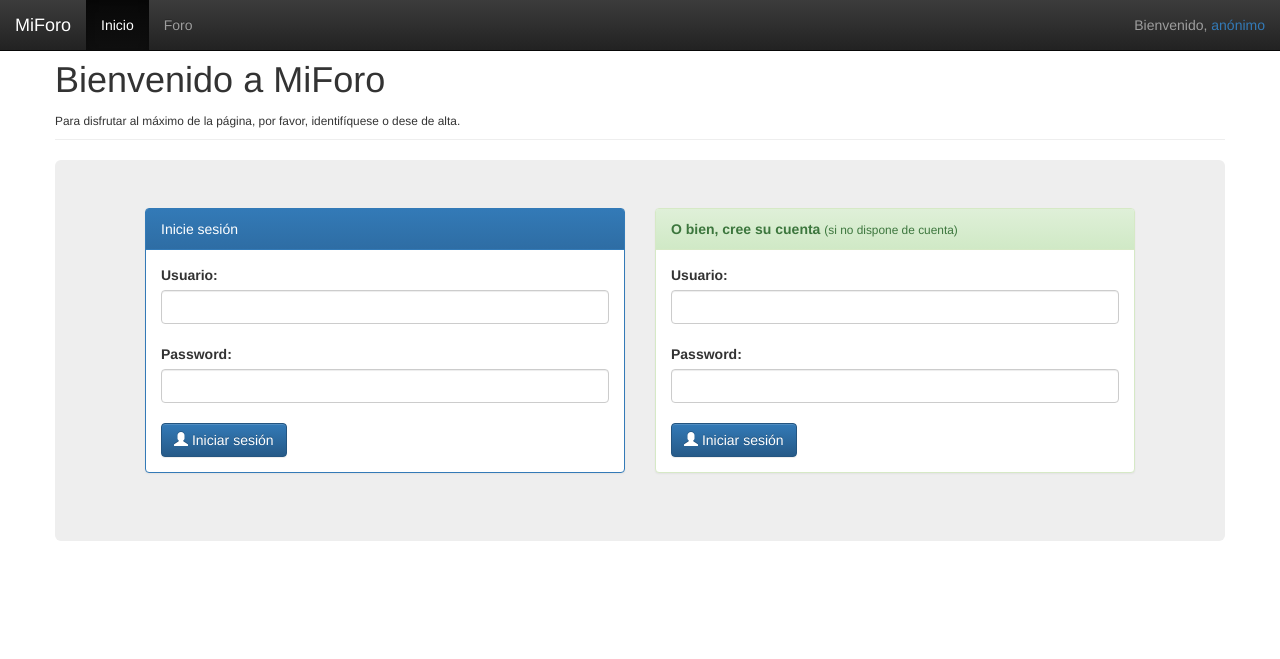
Repository: Myugen/EjercicioPHP
Page: http://localhost/
An editor plug-in stored every save of this project. The page is shown before and after the next save, followed by the edit.
The browser window is 1280 px wide. The pictures show the whole page.
Some web libraries are served in a nearby version. The page is run by PHP 8.4 with error messages shown; the project is at /var/www/html/.

Above is the page before, as saved 2015-11-27 19:56:59.
Not found: ProyectoFinalForo/jsfile

### ProyectoFinalForo/index.php
<?php
session_start();
?>
<!DOCTYPE html>
<html lang="es-ES">
<head>
    <meta charset="UTF-8">
    <!-- JQuery -->
    <script src="https://ajax.googleapis.com/ajax/libs/jquery/1.11.3/jquery.min.js"></script>

    <!-- Latest compiled and minified CSS -->
    <link rel="stylesheet" href="https://maxcdn.bootstrapcdn.com/bootstrap/3.3.6/css/bootstrap.min.css">

    <!-- Optional theme -->
    <link rel="stylesheet" href="https://maxcdn.bootstrapcdn.com/bootstrap/3.3.6/css/bootstrap-theme.min.css">

    <!-- Latest compiled and minified JavaScript -->
    <script src="https://maxcdn.bootstrapcdn.com/bootstrap/3.3.6/js/bootstrap.min.js"></script>
    <script type="text/javascript" src="jsfile"></script>
    <title>Inicio</title>
</head>
<body>
    <div class="container">
    	<div class="row">
    	<nav class="navbar navbar-fixed-top navbar-inverse">
    		<a class="navbar-brand" href="#">MiForo</a>
  			<ul class="nav navbar-nav navbar-left">
	    		<li class="nav-item active">
	      			<a class="nav-link" href="#">Inicio<span class="sr-only">(current)</span></a>
	    		</li>
	    		<li class="nav-item">
	      			<a class="nav-link" href="#">Foro</a>
	    		</li>
    		</ul>
    		<ul class="nav navbar-nav navbar-right">
    			<li class="nav-item" style="padding-right: 15px">
    				<p class="navbar-text">Bienvenido, <a class="nav-link">anónimo</a></p>
    			</li>
    		</ul>
    	</nav>
    	</div>
    	<div class="row" style="padding-top: 20px">
    		<div class="page-header">
    			<h1>Bienvenido a MiForo</h1>
    			<small>Para disfrutar al máximo de la página, por favor, identifíquese o dese de alta.</small>
    		</div>
    	</div>
    	<div class="row">
	    	<div class="jumbotron">
	    	<div class="container">
	    	<div class="col-md-6">
	    		<div class="panel panel-primary">
  					<div class="panel-heading">Inicie sesión</div>
  					<div class="panel-body">
    					<form action="resultado_autenticacion.php" method="post" role="form">
							<label for="textBoxUsuario">Usuario:</label>
							<input type="text" name="userIn" id="textBoxUsuario" class="form-control"/><br>
							<label for="textBoxPassword">Password:</label>
							<input type="password" name="passwordIn" id="textBoxPassword" class="form-control"/><br>
							<button type="submit" class="btn btn-primary">
								<span class="glyphicon glyphicon-user" aria-hidden="true"></span>
								Iniciar sesión
							</button>
						</form>
  					</div>
				</div>
	    	</div>
	    	<div class="col-md-6">
		    	<div class="panel panel-success">
	  				<div class="panel-heading"><b>O bien, cree su cuenta</b> <small>(si no dispone de cuenta)</small></div>
	  				<div class="panel-body">
	    				<form action="resultado_crearCuenta.php" method="post" role="form">
							<label for="textBoxUsuario">Usuario:</label>
							<input type="text" name="userIn" id="textBoxUsuario" class="form-control"/><br>
							<label for="textBoxPassword">Password:</label>
							<input type="password" name="passwordIn" id="textBoxPassword" class="form-control"/><br>
							<button type="submit" class="btn btn-primary">
								<span class="glyphicon glyphicon-user" aria-hidden="true"></span>
								Iniciar sesión
							</button>
						</form>
	  				</div>
				</div>
	    	</div>
	    	</div>
	    	</div>
    	</div>
    </div>
</body>
</html>

After the next save:
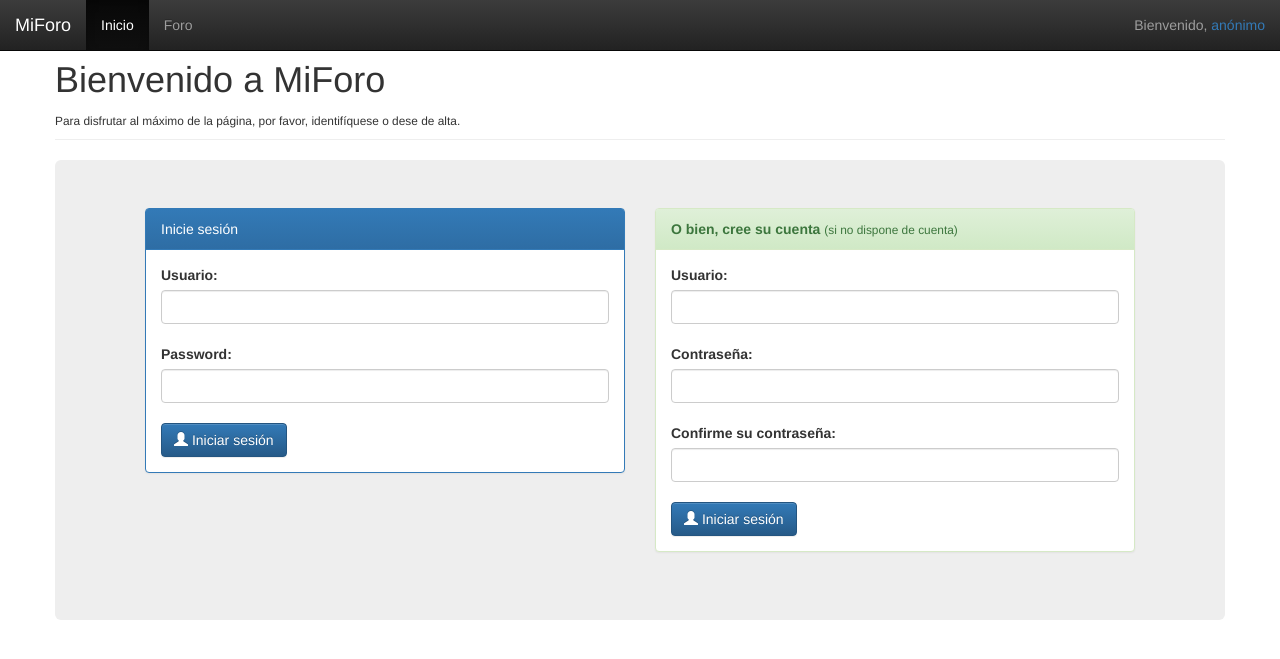
Saved 4 min 24 s later.
--- a/ProyectoFinalForo/index.php
+++ b/ProyectoFinalForo/index.php
@@ -72,7 +72,9 @@ session_start();
 	    				<form action="resultado_crearCuenta.php" method="post" role="form">
 							<label for="textBoxUsuario">Usuario:</label>
 							<input type="text" name="userIn" id="textBoxUsuario" class="form-control"/><br>
-							<label for="textBoxPassword">Password:</label>
+							<label for="textBoxPassword">Contraseña:</label>
+							<input type="password" name="passwordIn" id="textBoxPassword" class="form-control"/><br>
+							<label for="textBoxPassword">Confirme su contraseña:</label>
 							<input type="password" name="passwordIn" id="textBoxPassword" class="form-control"/><br>
 							<button type="submit" class="btn btn-primary">
 								<span class="glyphicon glyphicon-user" aria-hidden="true"></span>
